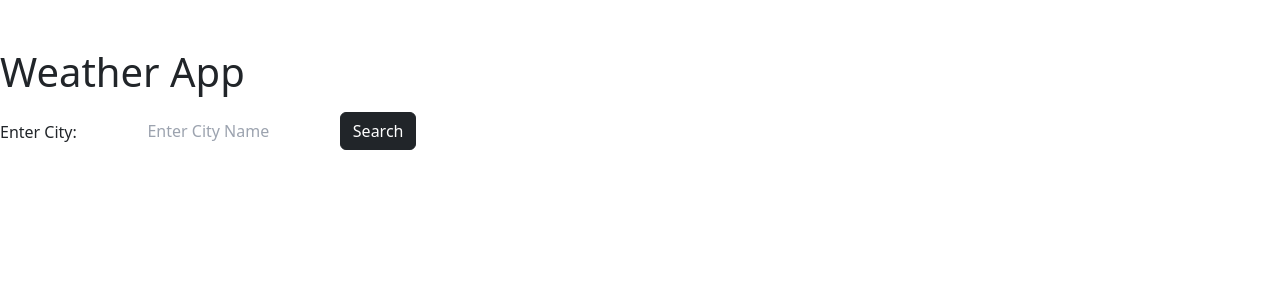
Repository: bhaveshtrades/weatherapp
Page: /
An editor plug-in stored every save of this project. The page is shown before and after the next save, followed by the edit.
The browser window is 1280 px wide. The pictures show the whole page.
The project was rebuilt for these pictures with package versions that can differ from the ones it lists, and the page was loaded fresh each time. Also part of the build but not shown: src/components/DetailedWeather.jsx, src/components/HourlyForecast.jsx.

Above is the page before, as saved 2023-01-25 00:30:53.

### public/index.html
<!DOCTYPE html>
<html lang="en">
  <head>
    <meta charset="utf-8" />
    <link rel="icon" href="%PUBLIC_URL%/favicon.ico" />
    <meta name="viewport" content="width=device-width, initial-scale=1" />
    <meta name="theme-color" content="#000000" />
    <meta
      name="description"
      content="Web site created using create-react-app"
    />
    <link rel="apple-touch-icon" href="%PUBLIC_URL%/logo192.png" />
    <!--
      manifest.json provides metadata used when your web app is installed on a
      user's mobile device or desktop. See https://developers.google.com/web/fundamentals/web-app-manifest/
    -->
    <link rel="manifest" href="%PUBLIC_URL%/manifest.json" />
  </head>

    <!--
      Notice the use of %PUBLIC_URL% in the tags above.
      It will be replaced with the URL of the `public` folder during the build.
      Only files inside the `public` folder can be referenced from the HTML.

      Unlike "/favicon.ico" or "favicon.ico", "%PUBLIC_URL%/favicon.ico" will
      work correctly both with client-side routing and a non-root public URL.
      Learn how to configure a non-root public URL by running `npm run build`.
    -->
    <title>React App</title>
  </head>
  <body>
    <noscript>You need to enable JavaScript to run this app.</noscript>
    <div id="root"></div>
    <!--
      This HTML file is a template.
      If you open it directly in the browser, you will see an empty page.

      You can add webfonts, meta tags, or analytics to this file.
      The build step will place the bundled scripts into the <body> tag.

      To begin the development, run `npm start` or `yarn start`.
      To create a production bundle, use `npm run build` or `yarn build`.
    -->
  </body>
</html>

### src/App.js
import React from 'react';
import CurrentWeather from './components/CurrentWeather';

function App() {

  return (
    <>
    <CurrentWeather/>
    </>
  );
}

export default App;

### src/components/CurrentWeather.jsx
import React, { useState } from 'react';
import DetailedWeather from './DetailedWeather';
import Navbar from './Navbar';
import HourlyForecast from './HourlyForecast';

function CurrentWeather(){

    const apiKey = process.env.REACT_APP_API_KEY;

    const[city, setCity] = useState();
    const[weatherData, setWeatherData] = useState([]);
    const[hourlyData, setHourlyData] = useState([]);

    let api = `http://api.weatherapi.com/v1/forecast.json?key=${apiKey}&q=${city}`;


    const weekDays = ['Sunday', 'Monday', 'Tuesday', 'Wednesday', 'Thursday', 'Friday', 'Saturday'];
    const months = ["January","February","March","April","May","June","July","August","September","October","November","December"]

     function getWeather(e){
      e.preventDefault();

      fetch(api).then(data => data.json())
      .then((response)=>{
        if(response.hasOwnProperty('location')){
        setWeatherData([response]);
        setHourlyData([response.forecast.forecastday[0].hour]);
        }else{
        setWeatherData([]);
        setHourlyData([]);
        }
      });
     }

     function forecastingData(element, index){
      let correctTime;
      let timeUnit = 'AM';
        if(new Date(`${element.time}`).getHours() === 0){
          correctTime = 12;
        }else if(new Date(`${element.time}`).getHours() === 12){
          correctTime = new Date(`${element.time}`).getHours();
          timeUnit = 'PM';
        }else if(new Date(`${element.time}`).getHours() > 12){
          correctTime = new Date(`${element.time}`).getHours() - 12;
          timeUnit = 'PM';
        }else{
          correctTime = new Date(`${element.time}`).getHours();
        }
        return <HourlyForecast key={index} tempProp={element.temp_c} iconProp={element.condition.icon} timeProp={correctTime+timeUnit}/>
     }

     console.log(new Date().getDate());

     function filteredForecasting(element){
      if(hourlyData[0].length !== 0){
      return new Date(`${element.time}`).getHours() >= new Date().getHours()
      }
    }

  return(
    <>
    <Navbar resultProp={getWeather} cityProp={(e)=>{setCity(e.target.value)}}/>
    {weatherData.length !==0 &&
    <div className='mt-16 w-3/4 ml-52 h-72'>
    <div>
    <h2>{weatherData[0].location.name}, {weatherData[0].location.country}</h2>
    <h4>{new Date(`${weatherData[0].current.last_updated}`).getDate()} {months[new Date(`${weatherData[0].current.last_updated}`).getMonth()]}, {weekDays[new Date(`${weatherData[0].current.last_updated}`).getDay()]}</h4>
    </div>
    <div className='flex gap-x-72'>
    <div className='flex gap-x-10 mt-6'>
    <div>
    <img src={`${weatherData[0].current.condition.icon}`} alt='This is a weather Icon'/>
    </div>
    <div>
    <h2>{weatherData[0].current.temp_c}<span>&#176;</span></h2>
    <h4>{weatherData[0].current.condition.text}</h4>
    </div>
    </div>
    <DetailedWeather maxTempProp={weatherData[0].forecast.forecastday[0].day.maxtemp_c} minTempProp={weatherData[0].forecast.forecastday[0].day.mintemp_c} sunriseProp={weatherData[0].forecast.forecastday[0].astro.sunrise} sunsetProp={weatherData[0].forecast.forecastday[0].astro.sunset} windSpeedProp={weatherData[0].current.wind_kph} rainChanceProp={weatherData[0].forecast.forecastday[0].day.daily_chance_of_rain}/>
    </div>
    </div>
    }
    {hourlyData.length !== 0 && <div className='mt-4 ml-52 w-3/4 h-56 overflow-auto'>
    <div>
    <h3>Today's Weather</h3>
    </div>
    {<div className='flex gap-x-12 pl-4 pt-2'>
    {hourlyData[0].filter(filteredForecasting).map(forecastingData)}
    </div>}
    </div>}
    </>
  )
}

export default CurrentWeather;

### src/components/Navbar.jsx
import React from 'react'

function Navbar({resultProp, cityProp}){

  return (
    <>
    <div className='sm:bg-red-500flex justify-around mt-12'>
    <div>
    <h1 className=''>Weather App</h1>
    </div>
    <div className='pt-2'>
    <form role="search" onSubmit={resultProp} className='flex gap-x-4'>
        <label htmlFor='cityName' className='pt-2'>Enter City: </label>
        <input type='text' className='text-center' placeholder='Enter City Name' onChange={cityProp}/>
        <button type="submit" className='btn btn-dark' onClick={resultProp}>Search</button>
    </form>
    </div>
    </div>
    </>
  )
}

export default Navbar;

Loaded but not shown: src/index.js (common file); src/index.css (common file); src/reportWebVitals.js (common file); tailwind.config.js (common file)

After the next save:
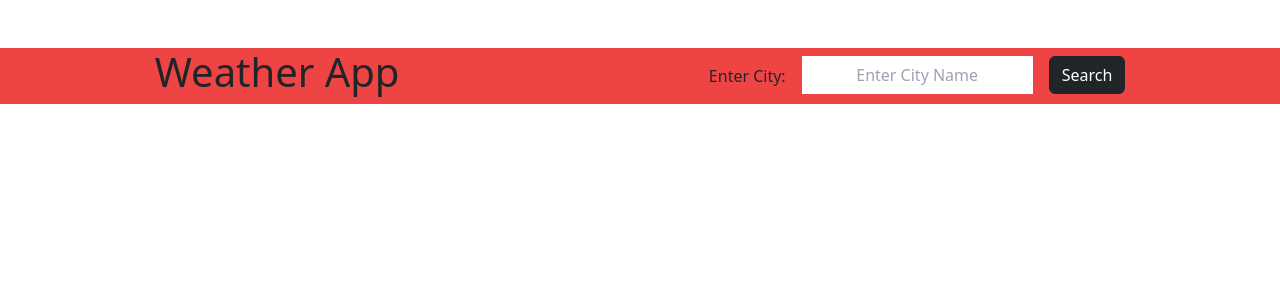
Saved 4 s later.
--- a/src/components/Navbar.jsx
+++ b/src/components/Navbar.jsx
@@ -4,7 +4,7 @@ function Navbar({resultProp, cityProp}){
 
   return (
     <>
-    <div className='sm:bg-red-500flex justify-around mt-12'>
+    <div className='sm:bg-red-500 flex justify-around mt-12'>
     <div>
     <h1 className=''>Weather App</h1>
     </div>
